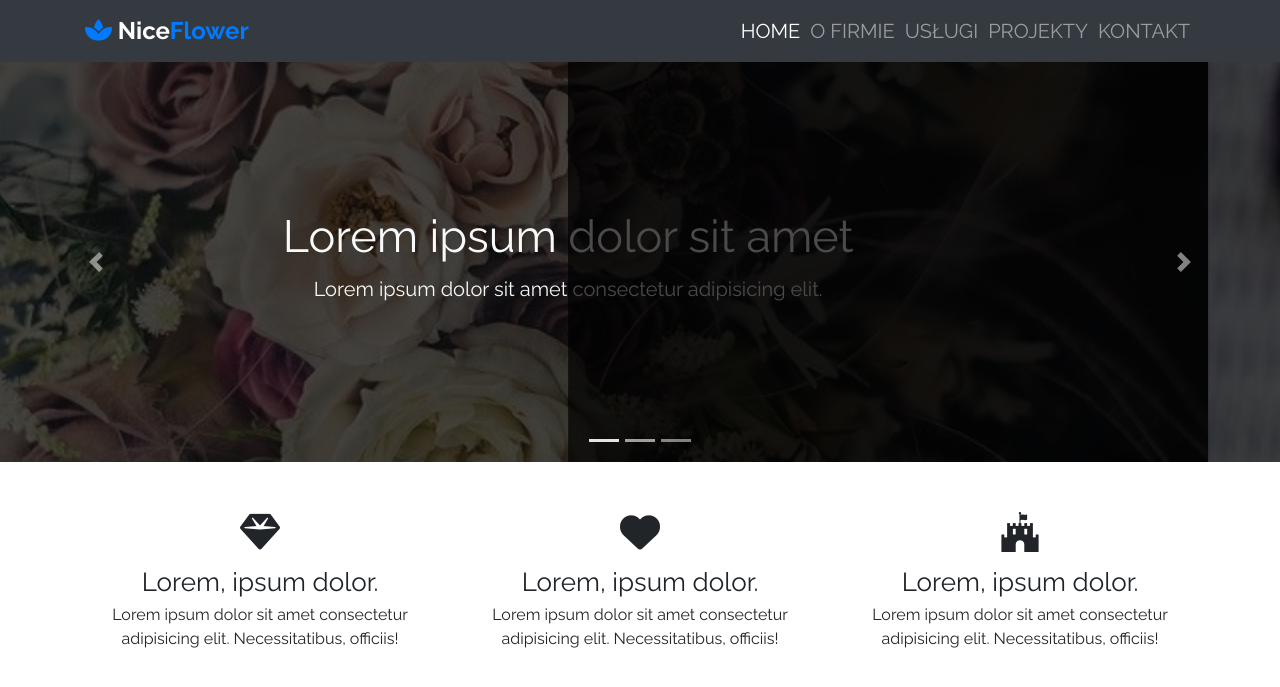
Repository: KrzysKolo/Projekt-13_Kwiaciarnia
Page: index.html
These files come from the project's save history. The page is drawn as it stood at one moment and after the next save; the edit follows.
The browser window is 1280 px wide. The pictures show the whole page.
Some web libraries are served in a nearby version.

Above is the page before, as saved 2020-08-08 08:31:30.

### index.html
<!DOCTYPE html>
<html lang="pl">
  <head>
    <meta charset="UTF-8" />
    <meta name="viewport" content="width=device-width, initial-scale=1.0" />
    <title>Nice-Flower</title>
    <script
      src="https://kit.fontawesome.com/21efeaf281.js"
      crossorigin="anonymous"
    ></script>

    <link
      rel="stylesheet"
      href="https://stackpath.bootstrapcdn.com/bootstrap/4.5.0/css/bootstrap.min.css"
      integrity="sha384-9aIt2nRpC12Uk9gS9baDl411NQApFmC26EwAOH8WgZl5MYYxFfc+NcPb1dKGj7Sk"
      crossorigin="anonymous"
    />
    <link
      href="https://fonts.googleapis.com/css2?family=Raleway:wght@400;700&display=swap"
      rel="stylesheet"
    />
    <link rel="stylesheet" href="style.css" />
  </head>
  <body>
    <nav class="navbar navbar-expand-lg navbar-dark bg-dark py-3">
      <div class="container">
        <a class="navbar-brand" href="#"
          ><i class="fas fa-spa text-primary"></i> Nice<span
            class="text-primary"
            >Flower</span
          ></a
        >
        <button
          class="navbar-toggler border-0"
          type="button"
          data-toggle="collapse"
          data-target="#navbarNavAltMarkup"
          aria-controls="navbarNavAltMarkup"
          aria-expanded="false"
          aria-label="Toggle navigation"
        >
          <i class="fas fa-bars px-4"></i>
        </button>
        <div class="collapse navbar-collapse" id="navbarNavAltMarkup">
          <div class="navbar-nav ml-auto">
            <a class="nav-link active" href="#"
              >Home <span class="sr-only">(current)</span></a
            >
            <a class="nav-link" href="abouteus.html">O firmie</a>
            <a class="nav-link" href="services.html">Usługi</a>
            <a class="nav-link" href="projects.html">Projekty</a>
            <a class="nav-link" href="contact.html">Kontakt</a>
          </div>
        </div>
      </div>
    </nav>

    <!-- HEADER -->
    <header>
      <div
        id="carouselExampleCaptions"
        class="carousel slide"
        data-ride="carousel"
      >
        <ol class="carousel-indicators">
          <li
            data-target="#carouselExampleCaptions"
            data-slide-to="0"
            class="active"
          ></li>
          <li data-target="#carouselExampleCaptions" data-slide-to="1"></li>
          <li data-target="#carouselExampleCaptions" data-slide-to="2"></li>
        </ol>
        <div class="carousel-inner text-dark text-center">
          <div class="carousel-item carousel-img-one active">
            <div
              class="carousel-text h-100 p-5 d-flex flex-column justyfy-content-end justify-content-md-center align-items-center"
            >
              <div class="hero-shadow"></div>
              <p class="display-3 text-light">Lorem ipsum dolor sit amet</p>
              <p class="d-none d-sm-block text-light">
                Lorem ipsum dolor sit amet consectetur adipisicing elit.
              </p>
            </div>
          </div>
          <div class="carousel-item carousel-img-two">
            <div
              class="carousel-text h-100 p-5 d-flex flex-column justyfy-content-end justify-content-md-center align-items-center"
            >
              <div class="hero-shadow"></div>
              <p class="display-3 text-light">Lorem ipsum dolor sit amet</p>
              <p class="d-none d-sm-block text-light">
                Lorem ipsum dolor sit amet consectetur adipisicing elit.
              </p>
            </div>
          </div>
          <div class="carousel-item carousel-img-three">
            <div
              class="carousel-text h-100 p-5 d-flex flex-column justyfy-content-end justify-content-md-center align-items-center"
            >
              <div class="hero-shadow"></div>
              <p class="display-3 text-light">Lorem ipsum dolor sit amet</p>
              <p class="d-none d-sm-block text-light">
                Lorem ipsum dolor sit amet consectetur adipisicing elit.
              </p>
            </div>
          </div>
        </div>
        <a
          class="carousel-control-prev"
          href="#carouselExampleCaptions"
          role="button"
          data-slide="prev"
        >
          <span class="carousel-control-prev-icon" aria-hidden="true"></span>
          <span class="sr-only">Previous</span>
        </a>
        <a
          class="carousel-control-next"
          href="#carouselExampleCaptions"
          role="button"
          data-slide="next"
        >
          <span class="carousel-control-next-icon" aria-hidden="true"></span>
          <span class="sr-only">Next</span>
        </a>
      </div>
    </header>

    <!-- MAIN -->
    <main>
      <section class="home-boxes">
        <div class="container text-center">
          <div class="row">
            <div class="col-md-4 home-box mb-5 mb-md-0">
              <i class="fas fa-gem mb-4"></i>
              <h3>Lorem, ipsum dolor.</h3>
              <p class="m-0">
                Lorem ipsum dolor sit amet consectetur adipisicing elit.
                Necessitatibus, officiis!
              </p>
            </div>
            <div class="col-md-4 home-box mb-5 mb-md-0">
              <i class="fas fa-heart mb-4"></i>
              <h3>Lorem, ipsum dolor.</h3>
              <p class="m-0">
                Lorem ipsum dolor sit amet consectetur adipisicing elit.
                Necessitatibus, officiis!
              </p>
            </div>
            <div class="col-md-4 home-box mb-5 mb-md-0">
              <i class="fab fa-fort-awesome mb-4"></i>
              <h3>Lorem, ipsum dolor.</h3>
              <p class="m-0">
                Lorem ipsum dolor sit amet consectetur adipisicing elit.
                Necessitatibus, officiis!
              </p>
            </div>
          </div>
        </div>
      </section>
    </main>
    <script
      src="https://code.jquery.com/jquery-3.5.1.slim.min.js"
      integrity="sha384-DfXdz2htPH0lsSSs5nCTpuj/zy4C+OGpamoFVy38MVBnE+IbbVYUew+OrCXaRkfj"
      crossorigin="anonymous"
    ></script>
    <script
      src="https://cdn.jsdelivr.net/npm/popper.js@1.16.0/dist/umd/popper.min.js"
      integrity="sha384-Q6E9RHvbIyZFJoft+2mJbHaEWldlvI9IOYy5n3zV9zzTtmI3UksdQRVvoxMfooAo"
      crossorigin="anonymous"
    ></script>
    <script
      src="https://stackpath.bootstrapcdn.com/bootstrap/4.5.0/js/bootstrap.min.js"
      integrity="sha384-OgVRvuATP1z7JjHLkuOU7Xw704+h835Lr+6QL9UvYjZE3Ipu6Tp75j7Bh/kR0JKI"
      crossorigin="anonymous"
    ></script>
  </body>
</html>

### style.css
* {
  box-sizing: border-box;
  margin: 0;
  padding: 0;
}
html {
  font-size: 62.5%;
}
body {
  font-family: "Raleway", sans-serif;
  font-size: 1.6rem;
}
.hero-shadow {
  position: absolute;
  top: 0;
  width: 200%;
  height: 100%;
  background-color: rgba(0, 0, 0, 0.7);
  z-index: -1;
}
/* ----------- */
/*  nawigacja  */
/* ----------- */
nav {
  font-size: 2rem;
  text-transform: uppercase;
}
.navbar-toggler {
  font-size: 3rem;
}
.navbar-brand {
  font-size: 2.4rem;
  font-weight: bold;
  text-transform: none;
}
/* ----------- */
/*    header   */
/* ----------- */
header {
  font-size: 2rem;
}
.carousel-item {
  position: relative;
  height: 400px;
  background-position: center;
  background-size: cover;
  z-index: 0;
}
.carousel-img-one {
  background-image: url("./img/b1m.jpg");
}
.carousel-img-two {
  background-image: url("./img/b2m.jpg");
}
.carousel-img-three {
  background-image: url("./img/b4m.jpg");
}
/* ----------- */
/*     main    */
/* ----------- */
.home-boxes {
  padding: 5rem 0;
}
.home-box i {
  font-size: 4rem;
}
.home-box h3 {
  font-size: 2.6rem;
}

@media (min-width: 1400px) {
  .carousel-item {
    height: 600px;
  }
  .carousel-img-one {
    background-image: url("./img/b1.jpg");
  }
  .carousel-img-two {
    background-image: url("./img/b2.jpg");
  }
  .carousel-img-three {
    background-image: url("./img/b4.jpg");
  }
}

After the next save:
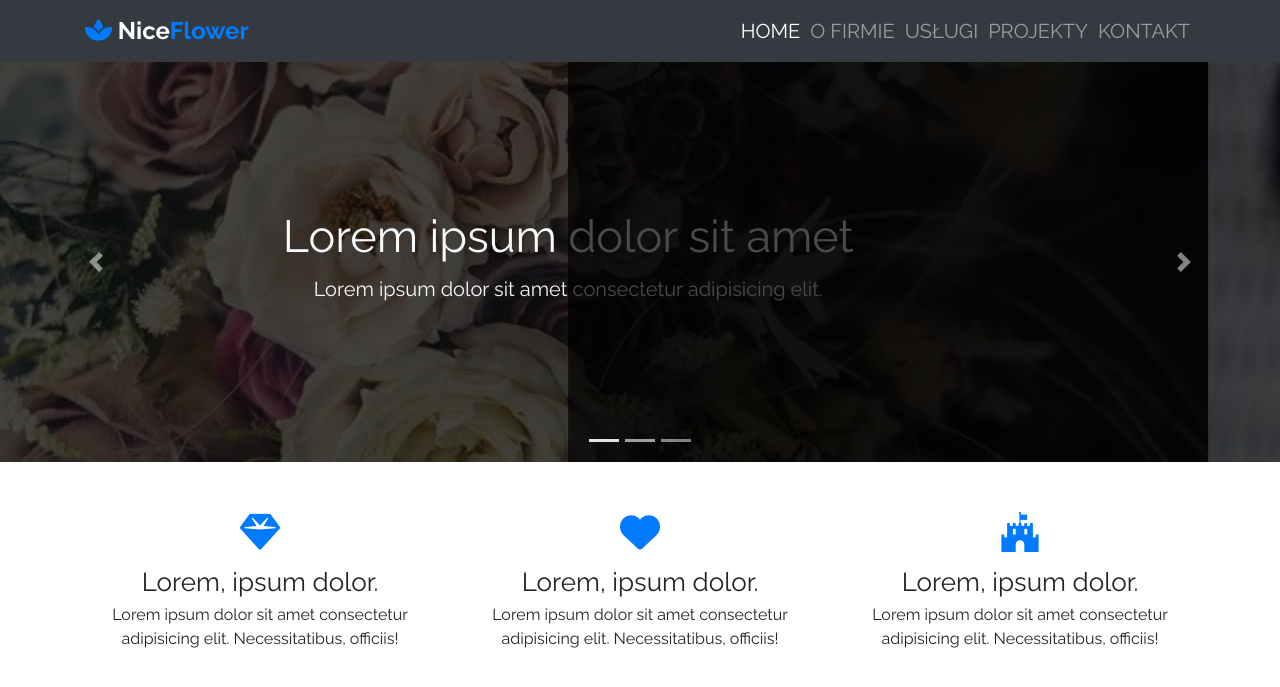
Saved 2 min 18 s later.
--- a/index.html
+++ b/index.html
@@ -133,7 +133,7 @@
         <div class="container text-center">
           <div class="row">
             <div class="col-md-4 home-box mb-5 mb-md-0">
-              <i class="fas fa-gem mb-4"></i>
+              <i class="fas fa-gem mb-4 text-primary"></i>
               <h3>Lorem, ipsum dolor.</h3>
               <p class="m-0">
                 Lorem ipsum dolor sit amet consectetur adipisicing elit.
@@ -141,7 +141,7 @@
               </p>
             </div>
             <div class="col-md-4 home-box mb-5 mb-md-0">
-              <i class="fas fa-heart mb-4"></i>
+              <i class="fas fa-heart mb-4 text-primary"></i>
               <h3>Lorem, ipsum dolor.</h3>
               <p class="m-0">
                 Lorem ipsum dolor sit amet consectetur adipisicing elit.
@@ -149,7 +149,7 @@
               </p>
             </div>
             <div class="col-md-4 home-box mb-5 mb-md-0">
-              <i class="fab fa-fort-awesome mb-4"></i>
+              <i class="fab fa-fort-awesome mb-4 text-primary"></i>
               <h3>Lorem, ipsum dolor.</h3>
               <p class="m-0">
                 Lorem ipsum dolor sit amet consectetur adipisicing elit.
